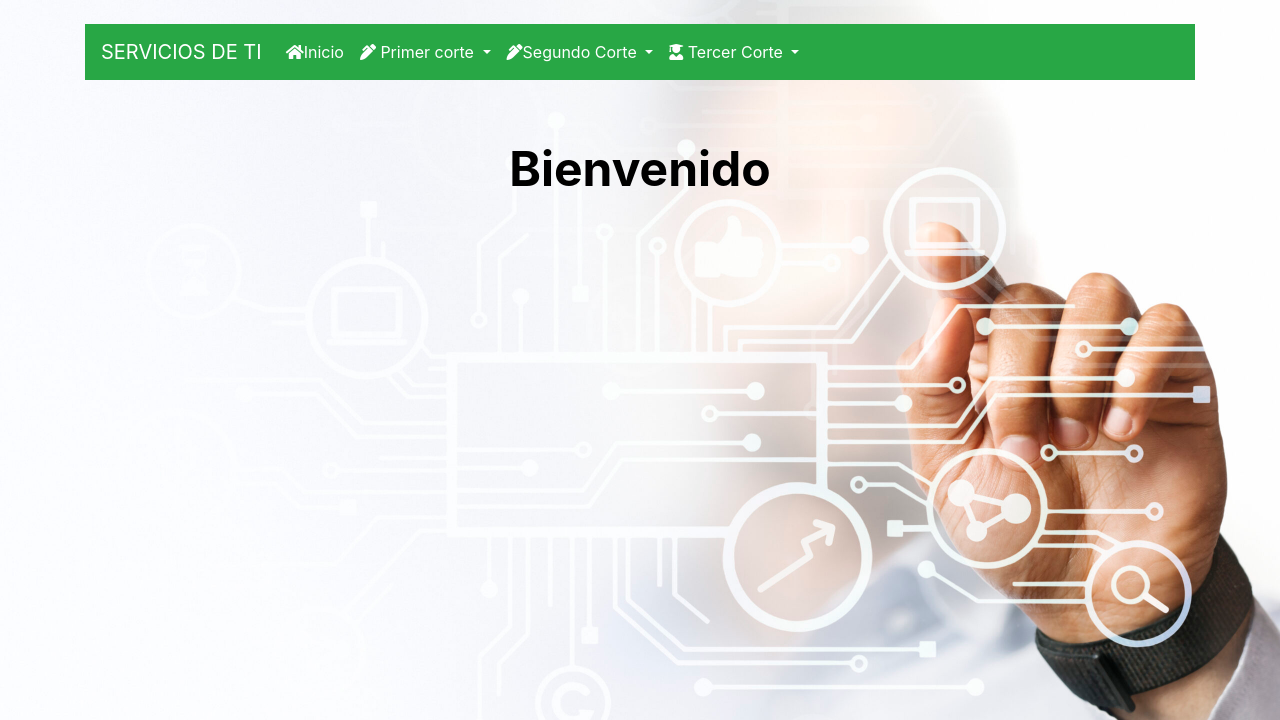
Repository: DavidGomMar/equipo_7
Page: http://localhost/
These files come from the project's save history. The page is drawn as it stood at one moment and after the next save; the edit follows.
The browser window is 1280 px wide. The pictures show the whole page.
Some web libraries are served in a nearby version. The page is run by PHP 8.4 with error messages shown; the project is at /var/www/html/.

Above is the page before, as saved 2022-09-21 09:12:05.

After the next save:
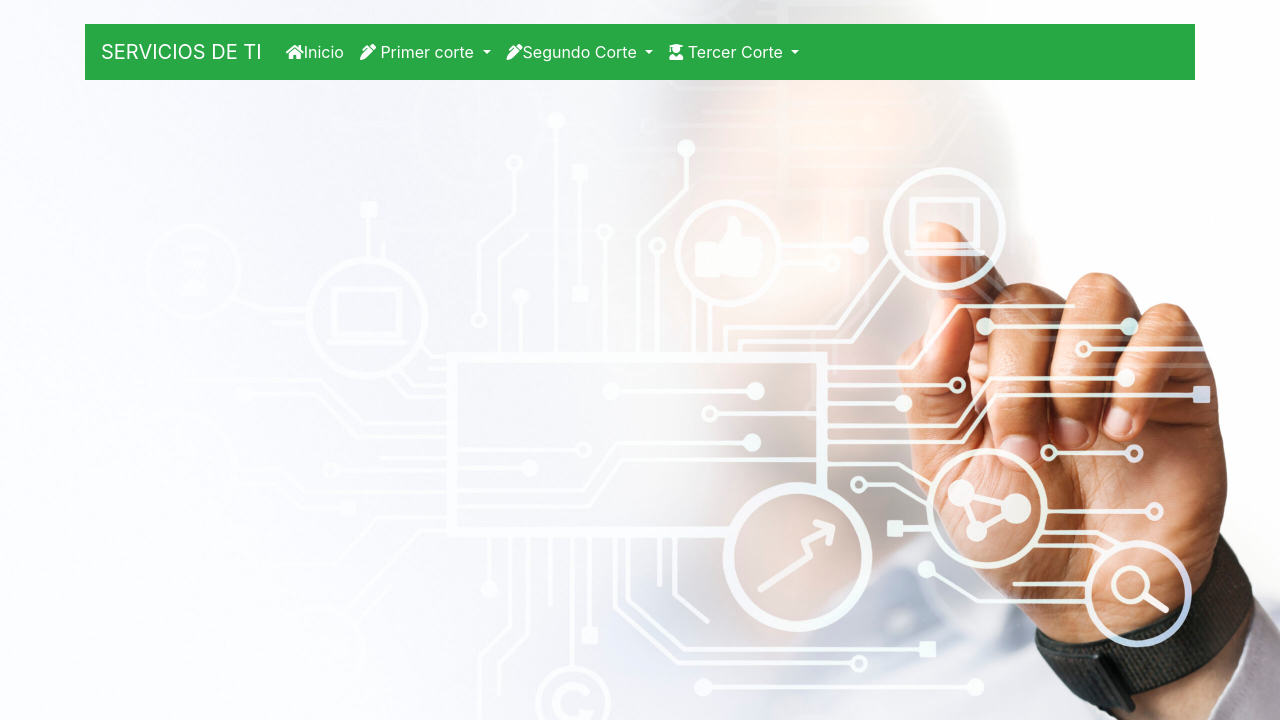
Saved 5 min 43 s later.
--- a/index.php
+++ b/index.php
@@ -86,17 +86,7 @@
         </nav>
         <br>
 
-        <div class="row" id="divInicio">
-            <div class="col-12" style="text-align: center;">
-                <br>
-                <h1 class="animate__animated animate__backInLeft"><font color="black" size="7" >
-                    <b>Bienvenido </b></font></h1>
-            </div>
-        </div>
 
-        <div class="row" id="divtrabajosequipoC1" style="display: none;">
-            <h1>Trabajos de primer corte del equipo</h1>
-        </div>
     </div>
 </body>
 </html>

After the save that followed:
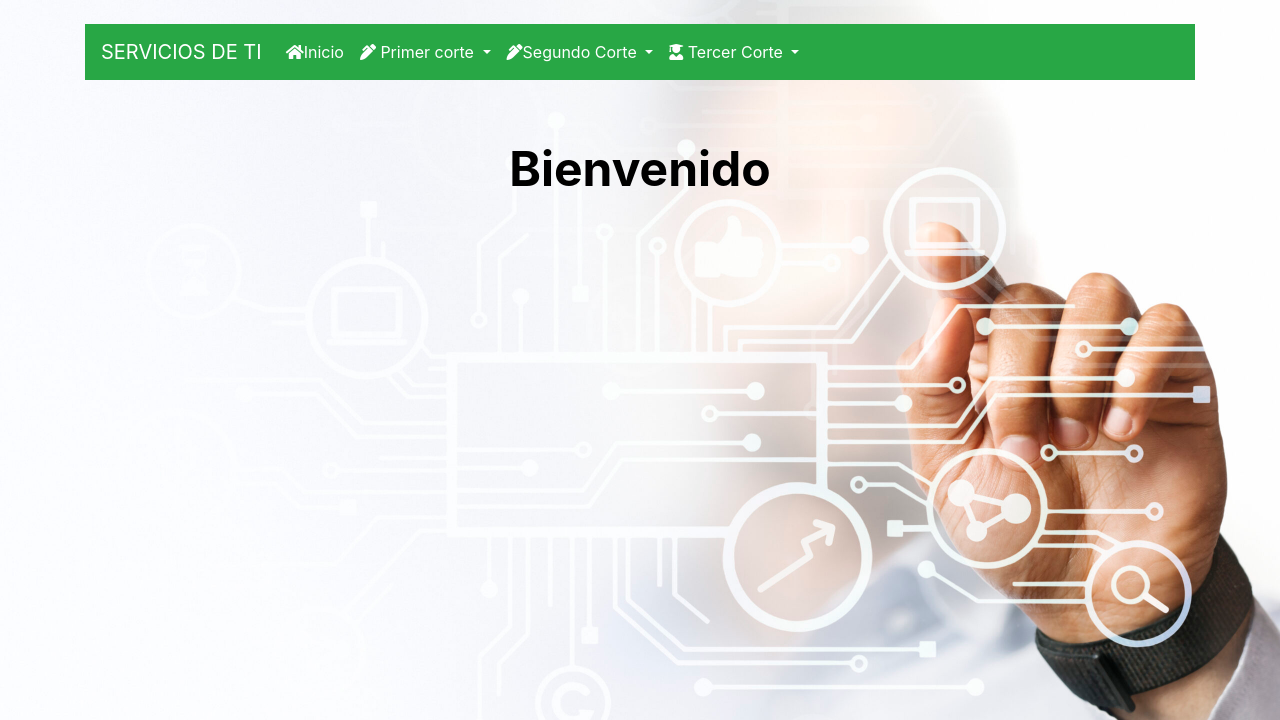
Saved 26 s later.
--- a/index.php
+++ b/index.php
@@ -86,7 +86,17 @@
         </nav>
         <br>
 
+        <div class="row" id="divInicio">
+            <div class="col-12" style="text-align: center;">
+                <br>
+                <h1 class="animate__animated animate__backInLeft"><font color="black" size="7" >
+                    <b>Bienvenido </b></font></h1>
+            </div>
+        </div>
 
+        <div class="row" id="divtrabajosequipoC1" style="display: none;">
+            <h1>Trabajos de primer corte del equipo</h1>
+        </div>
     </div>
 </body>
 </html>
